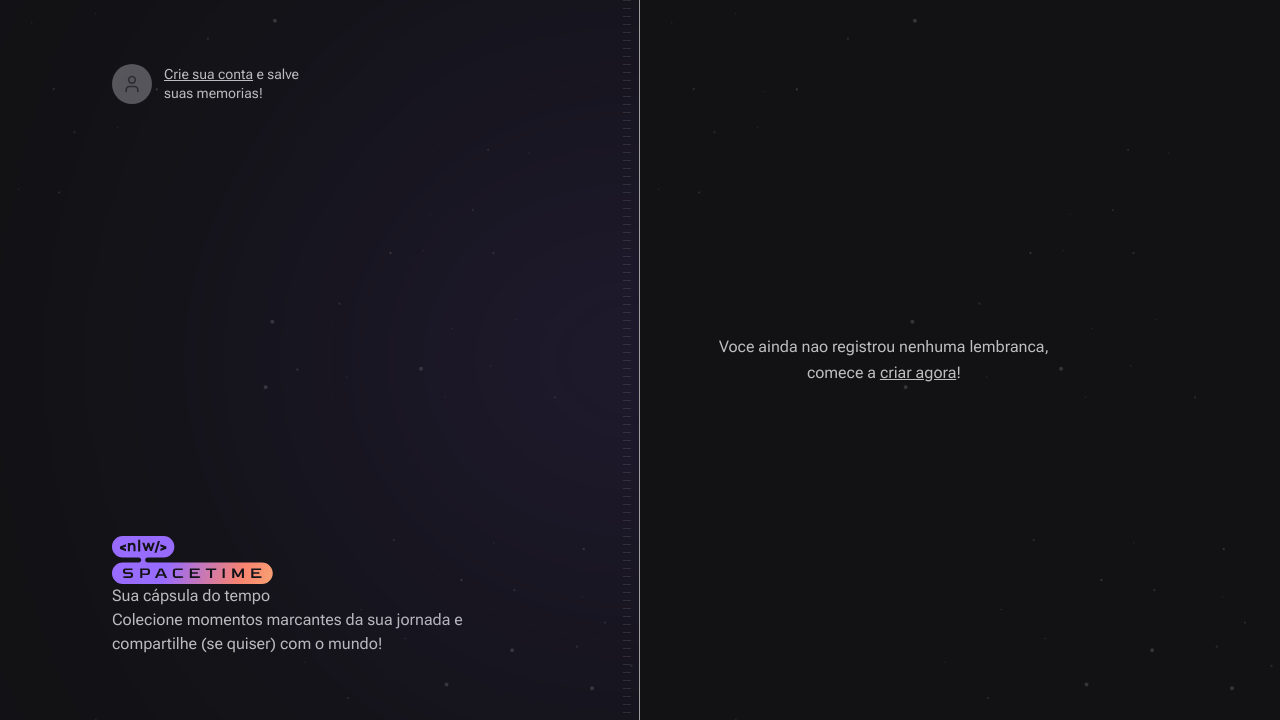
Repository: viniimartins/NLWSpacetime
Page: /
The author's editor kept a copy of each file at every save. The page is drawn from the files as they stood at one save, then again after the next save.
The browser window is 1280 px wide. The pictures show the whole page.
Some web fonts or font styles are not loaded; a fallback is used. The project was rebuilt for these pictures with package versions that can differ from the ones it lists, and the page was loaded fresh each time. The framework's server and built-in components were replaced by stand-ins that run in the browser. Also part of the build but not shown: next.config.js.

Above is the page before, as saved 2023-05-28 19:45:30.

### src/app/layout.tsx
import React from "react";
import "./globals.css";
import {
  Roboto_Flex as Roboto,
  Bai_Jamjuree as BaiJamjuree,
} from "next/font/google";

const roboto = Roboto({ subsets: ["latin"], variable: "--font-roboto" });
const baiJamjuree = BaiJamjuree({
  subsets: ["latin"],
  weight: "700",
  variable: "--font-bai-Jamjuree",
});

export const metadata = {
  title: "NLW Spacetime",
  description:
    "Uma cápsula do tempo contruido com REact, Next.js, TailwindCSS e TypeScript",
};

export default function RootLayout({
  children,
}: {
  children: React.ReactNode;
}) {
  return (
    <html lang="en">
      <body
        className={`${roboto.variable}  ${baiJamjuree.variable} bg-gray-900 font-sans text-gray-100`}
      >
        {children}
      </body>
    </html>
  );
}

### src/app/page.tsx
import { User } from "lucide-react";
import Image from "next/image";
import nlwLogo from "../assets/nlw-spacetime-logo.svg";

export default function Home() {
  return (
    <main className="grid min-h-screen grid-cols-2">
      {/* Left*/}
      <div className=" border-white/10 bg-cover relative flex flex-col items-start justify-between overflow-hidden border-r bg-[url(../assets/bg-stars.svg)] px-28 py-16">
        {/* Blur*/}
        <div className="absolute right-0 top-1/2 h-[288px] w-[526px] -translate-y-1/2 translate-x-1/2 rounded-full bg-purple-700 opacity-50 blur-full" />

        {/* Stripes*/}
        <div className="absolute bottom-0 right-2 top-0 w-2 bg-stripes" />

        {/* Sign In*/}

        <a
          href=""
          className="flex items-center gap-3 text-left transition-colors hover:text-gray-50"
        >
          <div className="flex h-10 w-10 items-center justify-center rounded-full bg-gray-400">
            <User className="h-5 w-5 text-gray-500" />
          </div>

          <p className="max-w-[140px] text-sm leading-snug">
            <span className="underline">Crie sua conta</span> e salve suas
            memorias!
          </p>
        </a>

        {/* Hero */}

        <div>
          <Image src={nlwLogo} alt="" />

          <div>
            <h1>Sua cápsula do tempo</h1>
            <p>
              Colecione momentos marcantes da sua jornada e compartilhe (se
              quiser) com o mundo!
            </p>
          </div>
          <a href=""></a>
        </div>
      </div>

      {/* Right*/}
      <div className="bg-cover bg-cover flex flex-col bg-[url(../assets/bg-stars.svg)] p-16">
        <div className="justift-center flex flex-1 items-center">
          <p className="w-[360px] text-center leading-relaxed">
            Voce ainda nao registrou nenhuma lembranca, comece a{" "}
            <a href="" className="underline hover:text-gray-50">
              criar agora
            </a>
            !
          </p>
        </div>
      </div>
    </main>
  );
}

### tailwind.config.js
/** @type {import('tailwindcss').Config} */
module.exports = {
  content: [
    './src/pages/**/*.{js,ts,jsx,tsx,mdx}',
    './src/components/**/*.{js,ts,jsx,tsx,mdx}',
    './src/app/**/*.{js,ts,jsx,tsx,mdx}',
  ],
  theme: {
    extend: {
      fontFamily: {
        sans: 'var(--font-roboto)',
        alt: 'var(--font-bai-jamjuree)'
      }
    },


    colors: {
      gray: {
        50: '#eaeaea',
        100: '#bebebf',
        200: '#9e9ea0',
        300: '#727275',
        400: '#56565a',
        500: '#2c2c31',
        600: '#28282d',
        700: '#1f1f23',
        800: '#18181b',
        900: '#121215',
      },
      purple: {
        50: '#f3eefc',
        100: '#d8cbf7',
        200: '#c6b2f3',
        300: '#ab8eee',
        400: '#9b79ea',
        500: '#8257e5',
        600: '#764fd0',
        700: '#5c3ea3',
        800: '#48307e',
        900: '#372560',
      },
      green: {
        50: '#e6fbef',
        100: '#b1f1ce',
        200: '#8cebb6',
        300: '#57e295',
        400: '#36dc81',
        500: '#04d361',
        600: '#04c058',
        700: '#039645',
        800: '#027435',
        900: '#025929',
      },
    },


    backgroundImage: {
      stripes: 'linear-gradient(to bottom, rgba(255, 255, 255, 0.1), rgba(255, 255, 255, 0.1) 12.5%, transparent 12.5%, transparent)',
    },

    backgroundSize: {
      stripes: '100% 8px',
    },

    blur: {
      full: '194px'
    }
  },
  plugins: [],
}

Loaded but not shown: src/app/globals.css (common file)

After the next save:
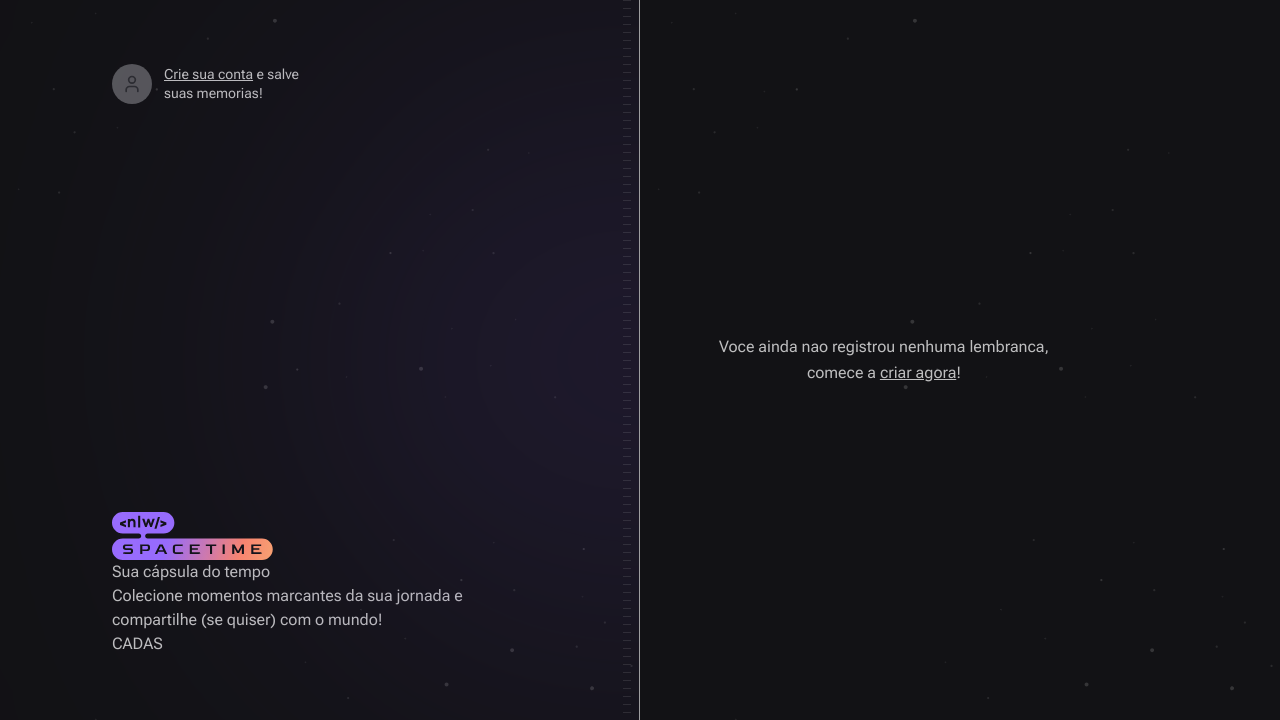
Saved 2 s later.
--- a/src/app/page.tsx
+++ b/src/app/page.tsx
@@ -41,7 +41,7 @@ export default function Home() {
               quiser) com o mundo!
             </p>
           </div>
-          <a href=""></a>
+          <a href="">CADAS</a>
         </div>
       </div>
 
